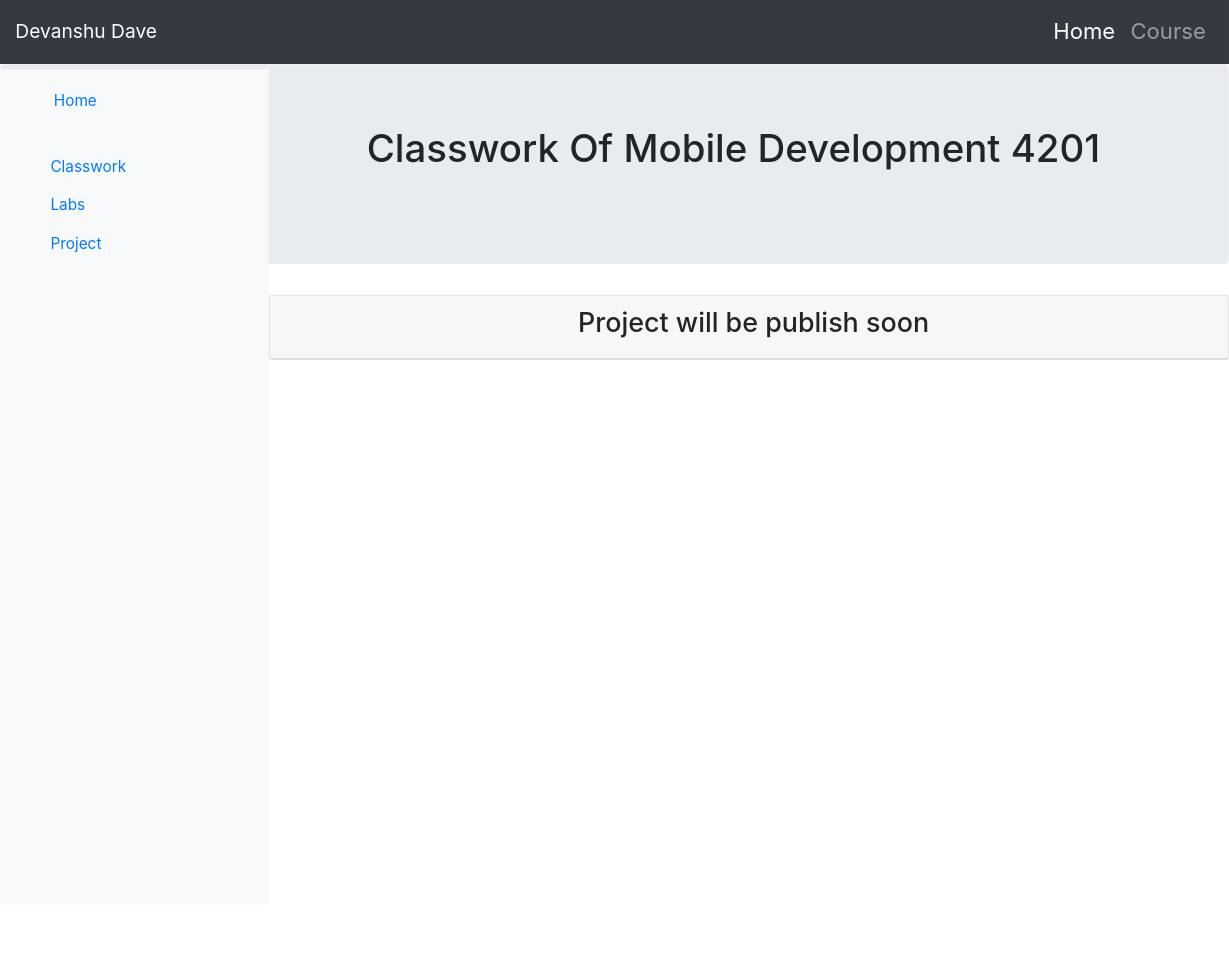
Repository: devanshudave1901/Mobile-Dev-Website
Page: project.html
The author's editor kept a copy of each file at every save. The page is drawn from the files as they stood at one save, then again after the next save.
The browser window is 1280 px wide. The pictures show the whole page, at 96% of full size.
Some web libraries are served in a nearby version.

Above is the page before, as saved 2022-10-07 23:35:49.

### project.html
<!DOCTYPE html>
<html lang="en">
  <head>
    <meta charset="UTF-8" />
    <meta http-equiv="X-UA-Compatible" content="IE=edge" />
    <meta name="viewport" content="width=device-width, initial-scale=1.0" />
    <link
      rel="stylesheet"
      href="https://cdn.jsdelivr.net/npm/bootstrap@4.0.0/dist/css/bootstrap.min.css"
      integrity="sha384-Gn5384xqQ1aoWXA+058RXPxPg6fy4IWvTNh0E263XmFcJlSAwiGgFAW/dAiS6JXm"
      crossorigin="anonymous"
    />
    <link
      href="https://maxcdn.bootstrapcdn.com/font-awesome/4.2.0/css/font-awesome.min.css"
      rel="stylesheet"
    />
    <link rel="stylesheet" href="./css/style.css" />

    <style>
      .navbar-nav {
        margin-left: auto;
        font-size: 23px;
      }
      .welcomeHeading {
        text-shadow: 2px 2px red;
        text-align: center;
      }
      .welcomeText {
        text-align: center;
        font-family: "Sofia", sans-serif;
      }
      .featurette-heading {
        font-weight: 300;
        line-height: 1;
        letter-spacing: -0.05rem;
        margin-top: 20%;
      }
      .profileIamge {
        width: 250px;

        left: 300px;
      }
      .mobileDevProfile {
        margin-top: 10%;
        left: 100px;
      }
      .main {
        display: flex;
        flex-wrap: nowrap;
        height: 100vh;
        height: -webkit-fill-available;
        max-height: 100vh;
        overflow-x: auto;
        overflow-y: hidden;
      }
      .sideBar {
        height: 870px;
      }
      li span {
        position: absolute;
        left: 100px;
      }
      .box {
        display: contents;
        flex-flow: column;
        justify-content: left;
        align-content: center;
        align-items: center;
      }
      .item {
        flex: 1 1 auto;
        border: 1px solid #ffebee;
      }
    </style>
    <script
      src="https://code.jquery.com/jquery-3.2.1.slim.min.js"
      integrity="sha384-KJ3o2DKtIkvYIK3UENzmM7KCkRr/rE9/Qpg6aAZGJwFDMVNA/GpGFF93hXpG5KkN"
      crossorigin="anonymous"
    ></script>
    <script
      src="https://cdn.jsdelivr.net/npm/popper.js@1.12.9/dist/umd/popper.min.js"
      integrity="sha384-ApNbgh9B+Y1QKtv3Rn7W3mgPxhU9K/ScQsAP7hUibX39j7fakFPskvXusvfa0b4Q"
      crossorigin="anonymous"
    ></script>
    <script
      src="https://cdn.jsdelivr.net/npm/bootstrap@4.0.0/dist/js/bootstrap.min.js"
      integrity="sha384-JZR6Spejh4U02d8jOt6vLEHfe/JQGiRRSQQxSfFWpi1MquVdAyjUar5+76PVCmYl"
      crossorigin="anonymous"
    ></script>
    <title>Mobile Development - Lab 2</title>
  </head>
  <body><div id="navBar">
    <nav class="navbar sticky-top navbar-expand-lg navbar-dark bg-dark">
      <a class="navbar-brand" href="#">Devanshu Dave</a>

      <div class="collapse navbar-collapse" id="navbarNavDropdown">
        <ul class="navbar-nav" mr-auto>
          <li class="nav-item active">
            <a class="nav-link" href="./index.html"
              >Home <span class="sr-only">(current)</span></a
            >
          </li>
          <li class="nav-item">
            <a class="nav-link" href="./course.html">Course</a>
          </li>
        </ul>
      </div>
    </nav>
  </div>
  <div id="sideBar">
      <div
      class="d-flex flex-column flex-shrink-0 p-3 bg-light sideBar"
      style="width: 280px"
    >
      <a
        href="/"
        class="d-flex align-items-center mb-3 mb-md-0 me-md-auto link-dark text-decoration-none"
      >
        <svg class="bi me-2" width="40" height="32">
          <use xlink:href="#bootstrap" />
        </svg>
        <span class="fs-4">Home</span>
      </a>
      <hr />
      <ul class="nav nav-pills flex-column mb-auto">
        <li>
          <a href="classwork.html" class="nav-link link-dark">
            <svg class="bi me-2" width="16" height="16">
              <use xlink:href="#table" />
            </svg>
            Classwork
          </a>
        </li>
        <li class="nav-item">
          <a href="labs.html" class="nav-link" aria-current="page">
            <svg class="bi me-2" width="16" height="16">
              <use xlink:href="#home" />
            </svg>
            Labs
          </a>
        </li>
        <li>
          <a href="project.html" class="nav-link link-dark">
            <svg class="bi me-2" width="16" height="16">
              <use xlink:href="#speedometer2" />
            </svg>
            Project
          </a>
        </li>
      </ul>
      <hr />
    </div>
    <br />
    <br />
    <br />
  </div></div>
  <div id="mainBar">
      <div class="jumbotron">
          <h1>Classwork Of Mobile Development 4201</h1>
          <br/>
          </div>
          <div class="card text-center id="nav-tab" role="tablist"">
            <div class="card-header">
                <h3 style="margin-left: 10px;">Project will be publish soon</h3>
            </div>

        </body>
</html>

### css/style.css
#sideBar {
  height: 570px;
  margin-top: 5px;
  float: left;
  /* text-align: center; */
}

#mainBar {
  text-align: center;
}

After the next save:
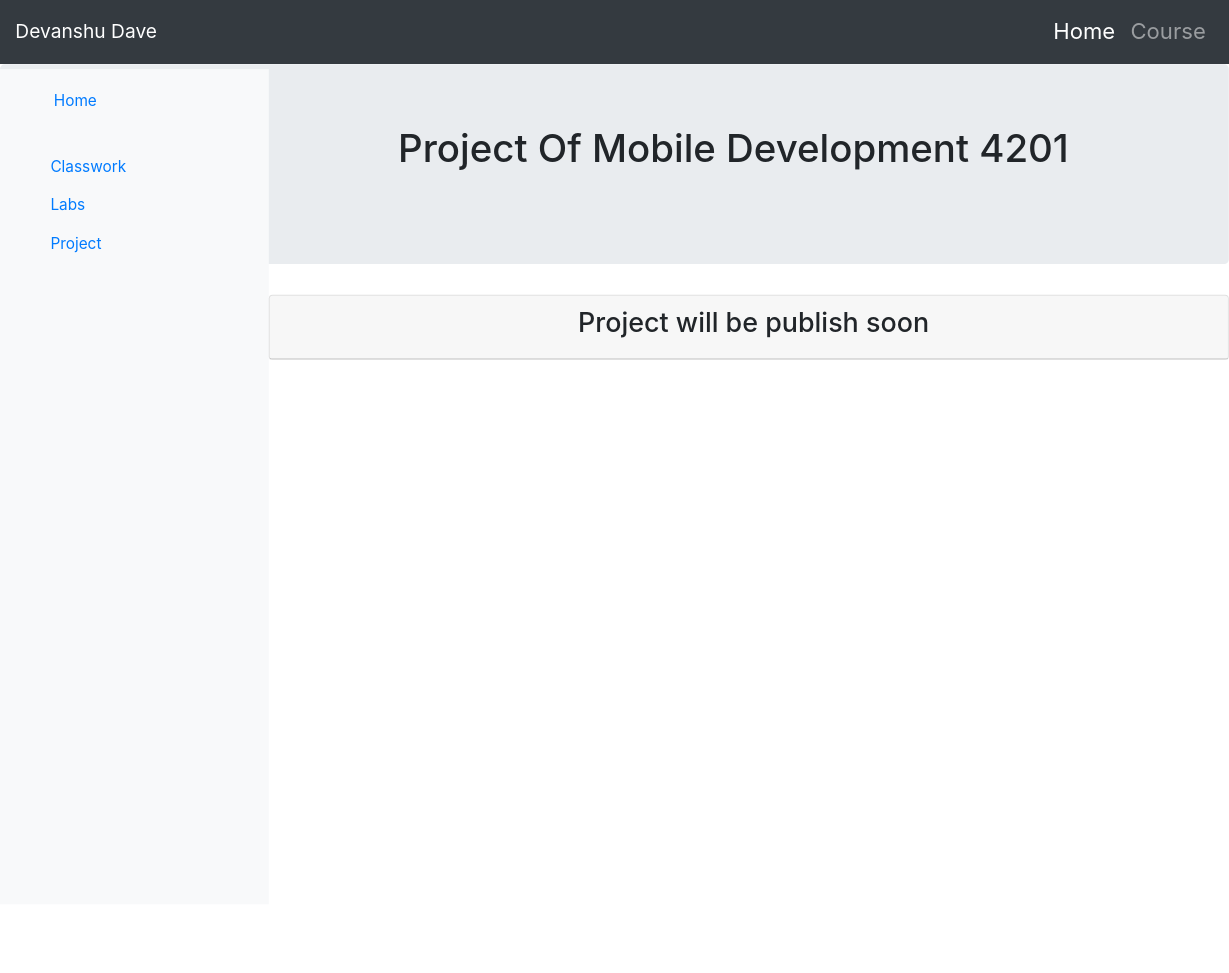
Saved 16 s later.
--- a/project.html
+++ b/project.html
@@ -156,7 +156,7 @@
   </div></div>
   <div id="mainBar">
       <div class="jumbotron">
-          <h1>Classwork Of Mobile Development 4201</h1>
+          <h1>Project Of Mobile Development 4201</h1>
           <br/>
           </div>
           <div class="card text-center id="nav-tab" role="tablist"">
